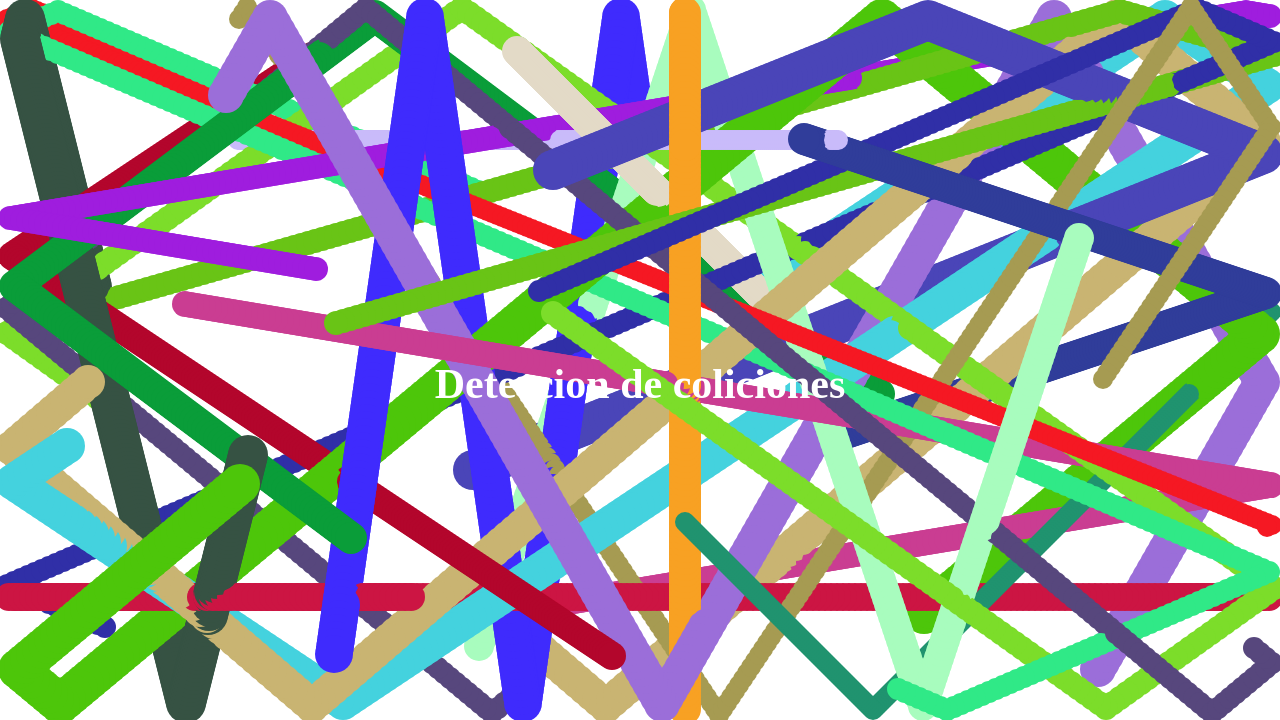
Repository: mvbri/Bouncing-Balls-Animation
Page: index.html
An editor plug-in stored every save of this project. The page is shown before and after the next save, followed by the edit.
The browser window is 1280 px wide. The pictures show the whole page.

Above is the page before, as saved 2023-01-15 18:29:50.

After the next save:
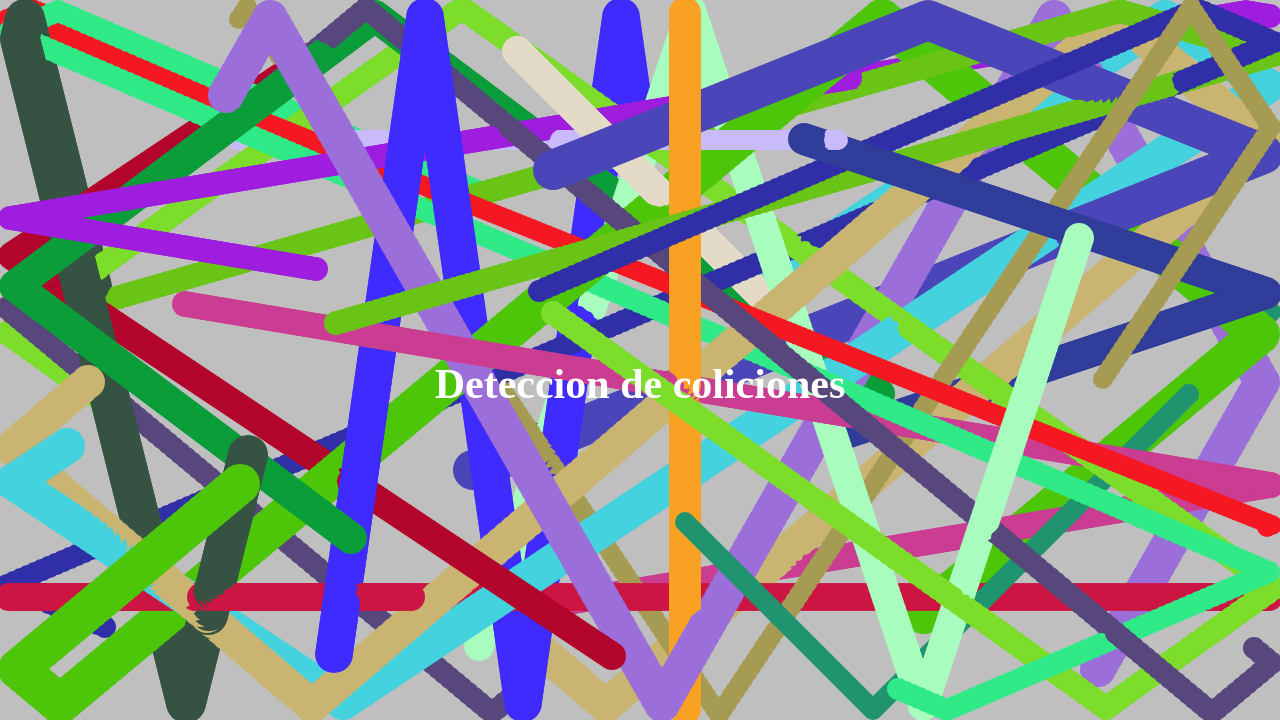
Saved 20 s later.
--- a/bouncingBalls.js
+++ b/bouncingBalls.js
@@ -76,7 +76,7 @@ const getDisign = () => {
 
 		requestAnimationFrame(loop);
 	};
-	loop();
+	loop(width, height);
 };
 
 // function Ball(x, y, vely, velx, color, size) {
